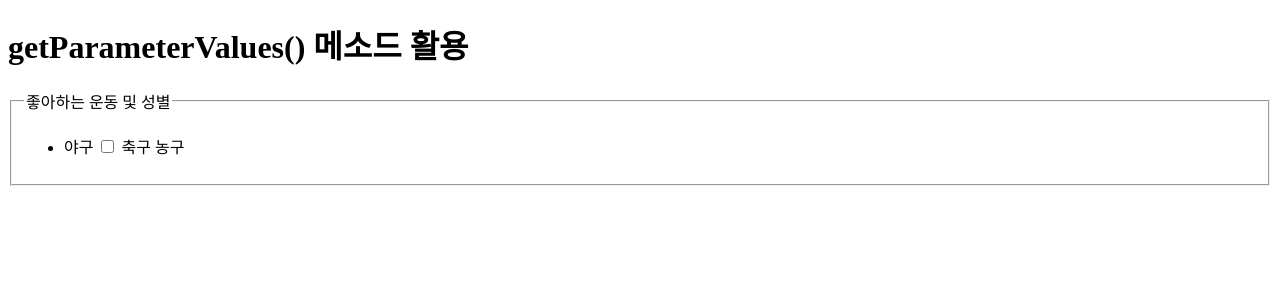
Repository: seminocoe/JSP_STUDY
Page: http://localhost/ServletProject/login/Sport.jsp
These files come from the project's save history. The page is drawn as it stood at one moment and after the next save; the edit follows.
The browser window is 1280 px wide. The pictures show the whole page.
The page is served by Tomcat 9.

Above is the page before, as saved 2022-07-29 01:54:27.

After the next save:
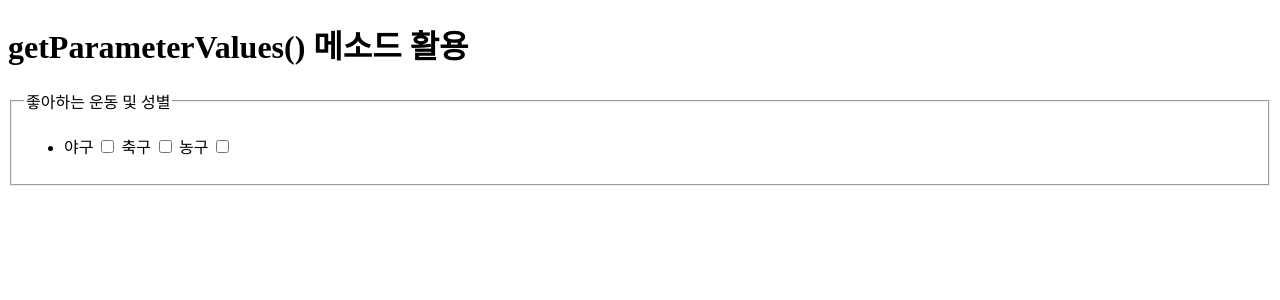
Saved 13 s later.
--- a/ServletProject/src/main/webapp/login/Sport.jsp
+++ b/ServletProject/src/main/webapp/login/Sport.jsp
@@ -17,7 +17,9 @@
 					<label for="bassball">야구</label>
 					<input type="checkbox" name="sports" value="야구">
 					<label for="football">축구</label>
+					<input type="checkbox" name="sports" value="축구">
 					<label for="baskeball">농구</label>
+					<input type="checkbox" name="sports" value="농구">
 				</li>
 			</ul>
 	</fieldset>
